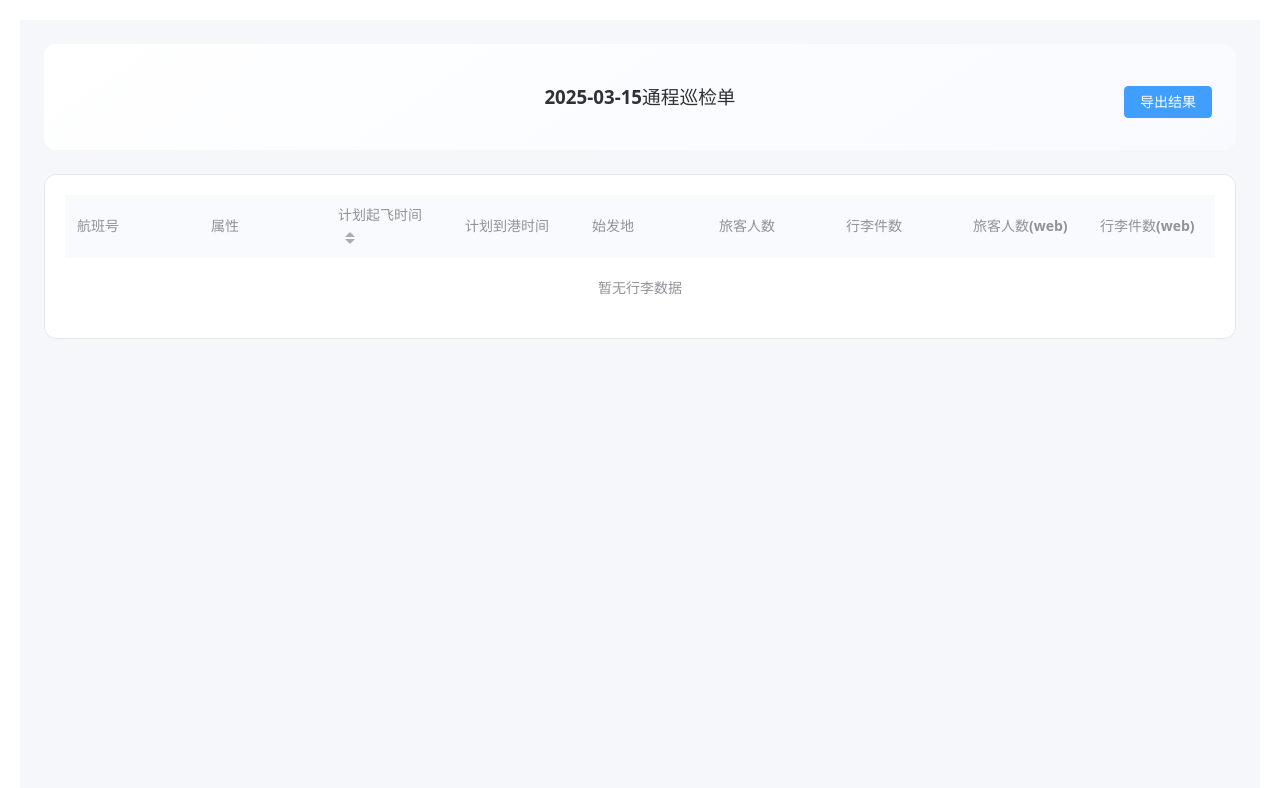
Repository: jhonMacTavish/through-baggage-info-check
Page: / (app in web/)
The author's editor kept a copy of each file at every save. The page is drawn from the files as they stood at one save, then again after the next save.
The browser window is 1280 px wide. The pictures show the whole page.
The page's requests for data from a server got no answer. The project was rebuilt for these pictures with package versions that can differ from the ones it lists, and the page was loaded fresh each time. No one was signed in, and anything a server would have sent is missing. Also part of the build but not shown: web/vite.config.js.

Above is the page before, as saved 2025-03-28 08:13:28.

After the next save:
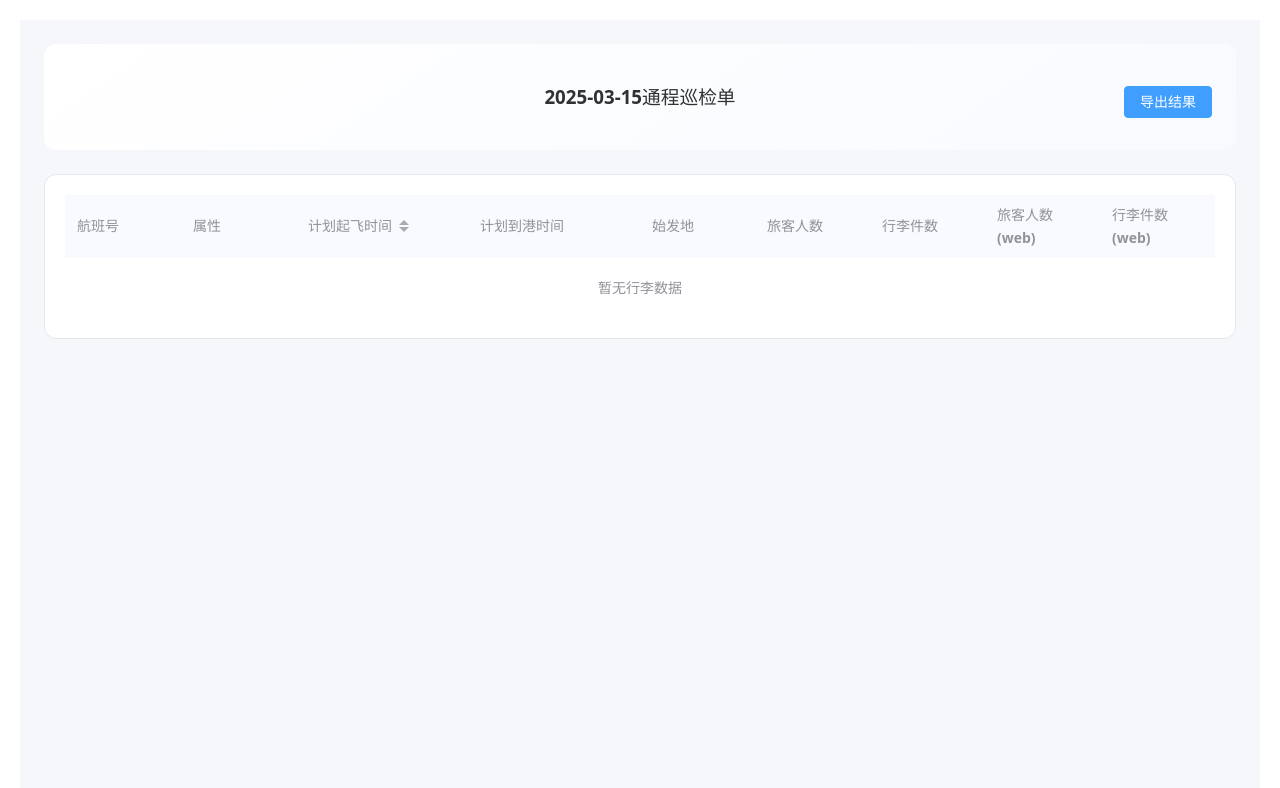
Saved 22 s later.
--- a/web/src/App.vue
+++ b/web/src/App.vue
@@ -133,8 +133,8 @@ onMounted(() => {
             <el-table id="educe-table" :data="tableData" stripe highlight-current-row empty-text="暂无行李数据">
               <el-table-column prop="FLIGHT_NO_FULL" label="航班号" />
               <el-table-column prop="ATTRIBUTE" label="属性" />
-              <el-table-column prop="TIME_START_PLAN" label="计划起飞时间" sortable />
-              <el-table-column prop="TIME_TERMINAL_PLAN" label="计划到港时间" />
+              <el-table-column prop="TIME_START_PLAN" label="计划起飞时间" min-width="120px" sortable />
+              <el-table-column prop="TIME_TERMINAL_PLAN" label="计划到港时间" min-width="120px" />
               <el-table-column prop="AIRPORT_START" label="始发地" />
               <el-table-column prop="PASSENGER_COUNT" label="旅客人数" />
               <el-table-column prop="BAGGAGE_COUNT" label="行李件数" />
